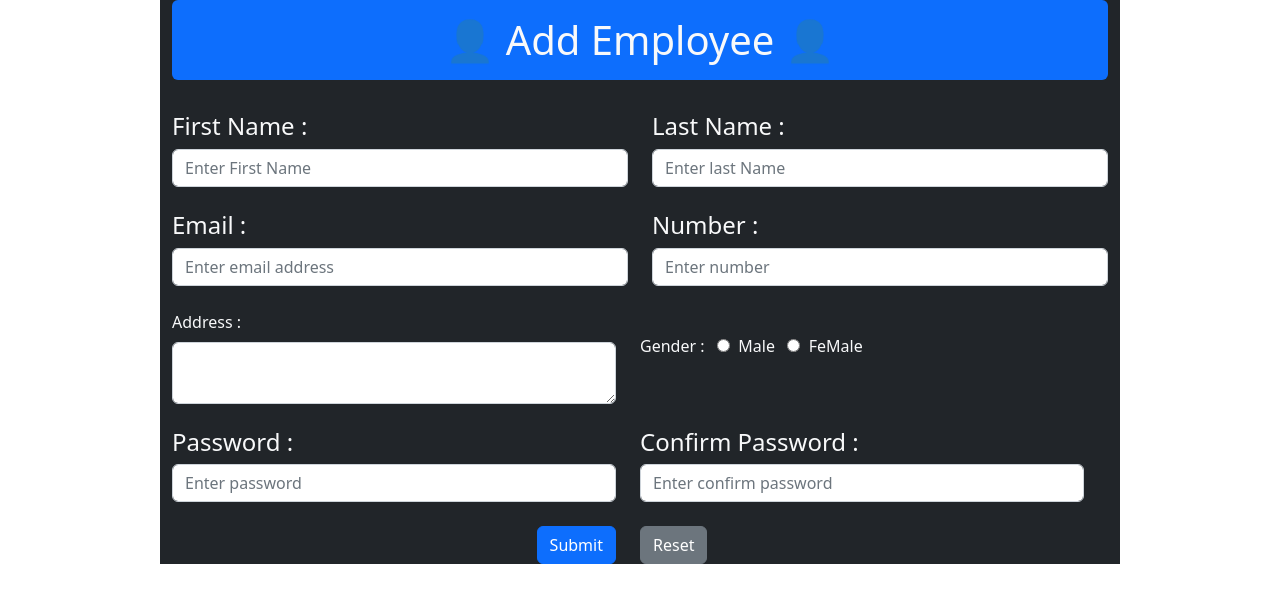
Repository: Rahulkathiriya/java-assignment-and-assesment
Page: http://localhost/web007_assesment_employee_Management_System/addEmployee.jsp
An editor plug-in stored every save of this project. The page is shown before and after the next save, followed by the edit.
The browser window is 1280 px wide. The pictures show the whole page.
The page is served by Tomcat 9. Other server files are loaded and not shown.

Above is the page before, as saved 2022-11-17 15:51:26.

### web007_assesment_employee_Management_System/src/main/webapp/addEmployee.jsp
<%@ page language="java" contentType="text/html; charset=UTF-8"
	pageEncoding="UTF-8"%>
<!DOCTYPE html>
<html>
<head>
<!-- CSS only -->
<link
	href="https://cdn.jsdelivr.net/npm/bootstrap@5.2.0/dist/css/bootstrap.min.css"
	rel="stylesheet"
	integrity="sha384-gH2yIJqKdNHPEq0n4Mqa/HGKIhSkIHeL5AyhkYV8i59U5AR6csBvApHHNl/vI1Bx"
	crossorigin="anonymous">
<!-- <-- JavaScript Bundle with Popper -->
<script
	src="https://cdn.jsdelivr.net/npm/bootstrap@5.2.0/dist/js/bootstrap.bundle.min.js"
	integrity="sha384-A3rJD856KowSb7dwlZdYEkO39Gagi7vIsF0jrRAoQmDKKtQBHUuLZ9AsSv4jD4Xa"
	crossorigin="anonymous"></script>

<!--  	j-Queary cdn -->
<script
	src="https://cdnjs.cloudflare.com/ajax/libs/jquery/3.6.1/jquery.min.js"
	integrity="sha512-aVKKRRi/Q/YV+4mjoKBsE4x3H+BkegoM/em46NNlCqNTmUYADjBbeNefNxYV7giUp0VxICtqdrbqU7iVaeZNXA=="
	crossorigin="anonymous" referrerpolicy="no-referrer"></script>
<meta charset="UTF-8">
<title>add Employee</title>
<style type="text/css">
.form-control:focus {
	border-color: none !important;
	box-shadow: none !important;
}
</style>
</head>
<body>

	<div class="container bg-dark text-light m-auto w-75">
		<div class="h1 text-center bg-primary rounded p-3">👤 Add
			Employee 👤</div>
		<br>
		<div class="row">
			<div class="col col-sm-12 col-md-6 col-lg-6">
				<label class=" h4 form-label" for="fname">First Name :</label> <input
					type="text" id="fname" name="fname" class="form-control"
					placeholder="Enter First Name">
			</div>
			<div class="col col-sm-12 col-md-6 col-lg-6">
				<label class=" h4 form-label" for="lname">Last Name :</label> <input
					type="text" id="lname" name="lname" class="form-control"
					placeholder="Enter last Name">
			</div>
		</div>
		<br>
		<div class="row">
			<div class="col col-sm-12 col-md-6 col-lg-6">
				<label class=" h4 form-label" for="email">Email :</label> <input
					type="email" id="email" name="email" class="form-control"
					placeholder="Enter email address">
			</div>
			<div class="col col-sm-12 col-md-6 col-lg-6">
				<label class=" h4 form-label" for="number">Number :</label> <input
					type="text" id="number" name="number" class="form-control"
					placeholder="Enter number">
			</div>

			<div class="row mt-4">
				<div class="col col-sm-12 col-md-6 col-lg-6">
					<label class="form-label">Address : </label>
					<textarea rows="" cols="" class="form-control" id="address"></textarea>
				</div>
				<div class="col col-sm-12 col-md-6 col-lg-6 mt-4">
					<label class="form-label" for="gender">Gender :</label> &nbsp; <input
						type="radio" name="gender" value="male"> &nbsp;Male &nbsp;
					<input type="radio" name="gender" value="male">
					&nbsp;FeMale
				</div>
			</div>
			<div class="row mt-4">
				<div class="col col-sm-12 col-md-6 col-lg-6">
					<label class=" h4 form-label" for="password">Password :</label> <input
						type="text" id="password" name="password" class="form-control"
						placeholder="Enter password">
				</div>
				<div class="col col-sm-12 col-md-6 col-lg-6">
					<label class=" h4 form-label" for="conpass">Confirm
						Password :</label> <input type="text" id="conpass" name="conpass"
						class="form-control" placeholder="Enter confirm password">
				</div>
			</div>
			<div class="row mt-4">
				<div class="col col-sm-12 col-md-6 col-lg-6 text-end">
				<a href="submit" class="btn btn-primary">Submit</a>

				</div>
				<div class="col col-sm-12 col-md-6 col-lg-6 text-start">
					<a href="submit" class="btn btn-secondary">Reset</a>
				</div>
			</div>
		</div>



	</div>

















</body>
</html>

After the next save:
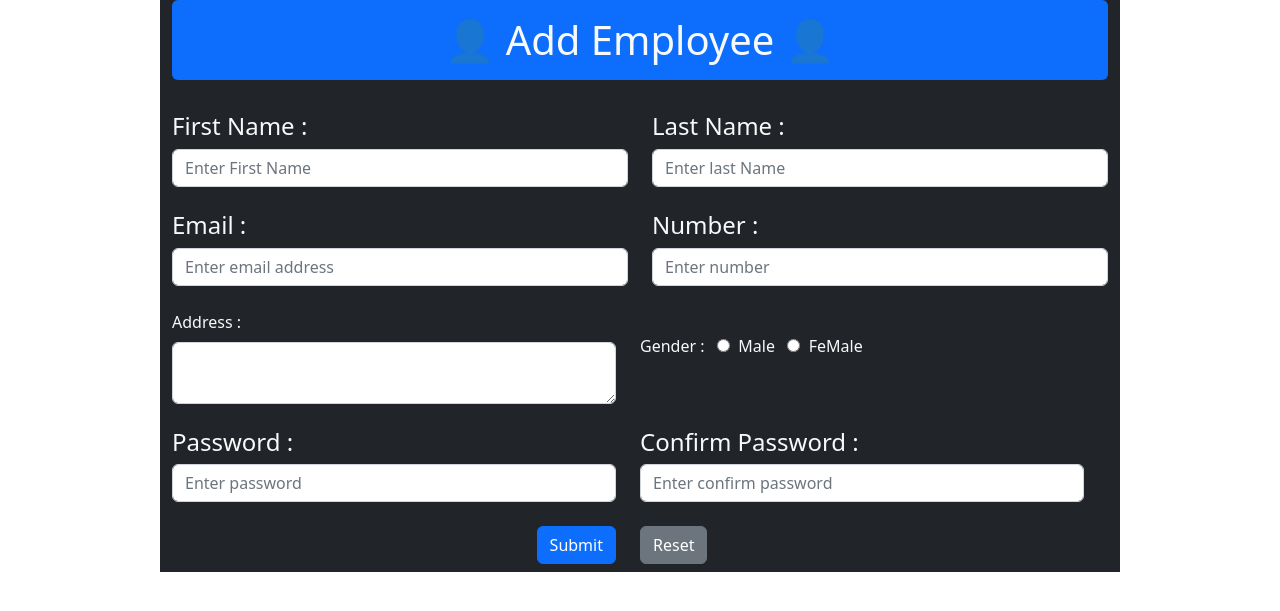
Saved 12 s later.
--- a/web007_assesment_employee_Management_System/src/main/webapp/addEmployee.jsp
+++ b/web007_assesment_employee_Management_System/src/main/webapp/addEmployee.jsp
@@ -90,7 +90,7 @@
 
 				</div>
 				<div class="col col-sm-12 col-md-6 col-lg-6 text-start">
-					<a href="submit" class="btn btn-secondary">Reset</a>
+					<a href="submit" class="h3 btn btn-secondary">Reset</a>
 				</div>
 			</div>
 		</div>
